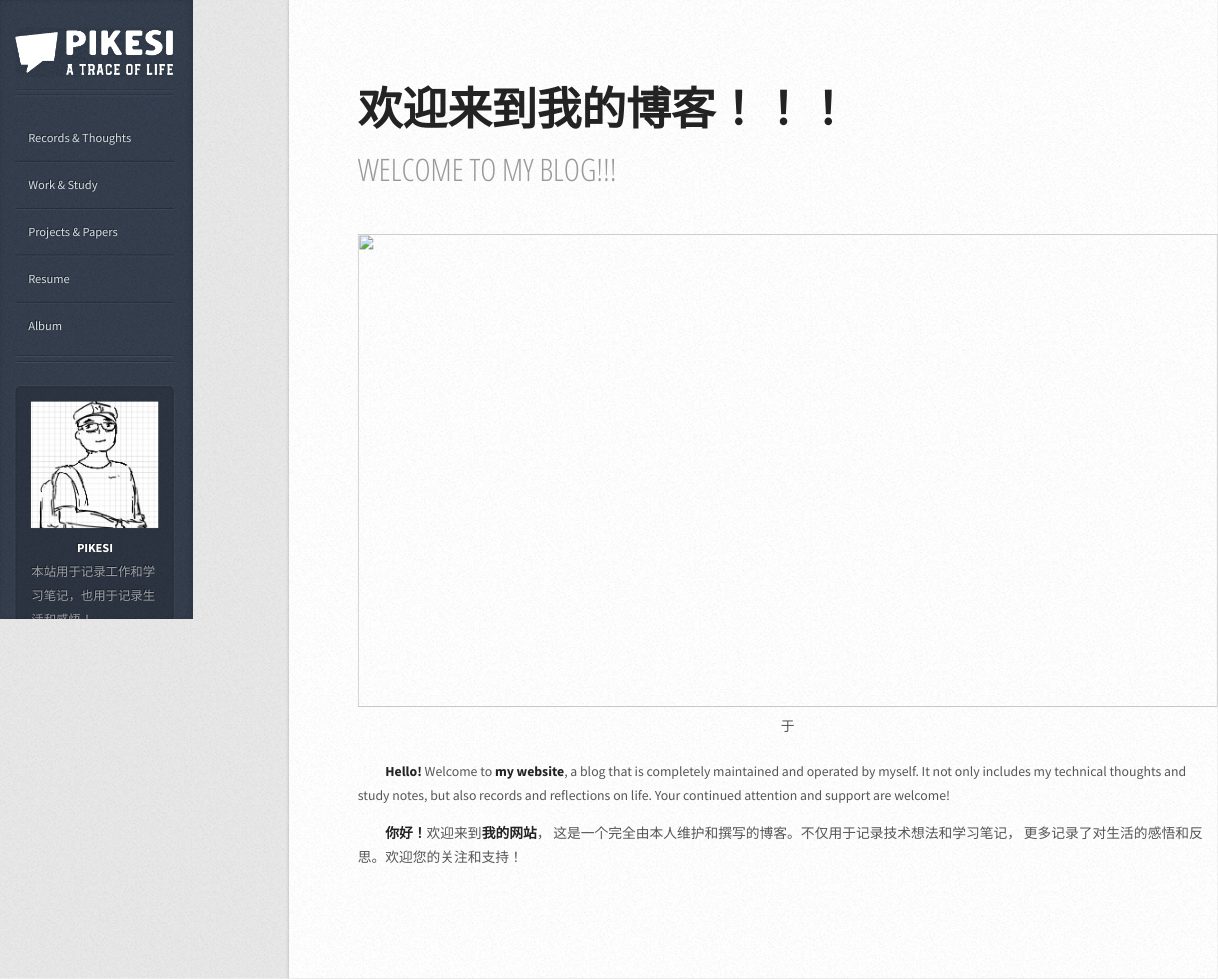
Repository: PiKesi522/PiKesi522.github.io
Page: index.html
An editor plug-in stored every save of this project. The page is shown before and after the next save, followed by the edit.
The browser window is 1280 px wide. The page is 1416 px wide, so the pictures cover 1416 px, including what lies to the right of the window. The pictures show the whole page, at 86% of full size.
The page's requests for data from a server got no answer.

Above is the page before, as saved 2023-04-12 17:51:34.

### index.html
<!DOCTYPE HTML>
<!--
	Striped by HTML5 UP
	html5up.net | @ajlkn
	Free for personal and commercial use under the CCA 3.0 license (html5up.net/license)
-->
<html>

<head>
	<title>PiKesi's Home on the Internet</title>
	<meta charset="utf-8" />
	<meta name="viewport" content="width=device-width, initial-scale=1, user-scalable=no" />
	<link rel="stylesheet" href="assets/css/main.css" />
	<script>
		const folderUrl = "./MainPage/";
		const xhr = new XMLHttpRequest();
		xhr.onreadystatechange = function () {
			if (this.readyState === 4 && this.status === 200) {
				const folderContent = xhr.responseText;
				const jpgFileRegex = /<a href="\/MainPage\/([^"]+\.jpg)"[^>]*>/g;
				const jpgFiles = [];
				let match;
				while (match = jpgFileRegex.exec(folderContent)) {
					jpgFiles.push(match[1]);
				}
				// console.log(jpgFiles);
				const randomIndex = Math.floor(Math.random() * jpgFiles.length);
				const selectedJpgFile = jpgFiles[randomIndex];
				const selectedJpgFilePath = folderUrl + decodeURIComponent(selectedJpgFile);
				// console.log("Selected JPG file name: ", decodeURIComponent(selectedJpgFile));
				// console.log("Selected JPG file path: ", selectedJpgFilePath);

				// Update the image element and date/location elements with the selected values
				const imgElement = document.querySelector(".random-display img");
				imgElement.src = selectedJpgFilePath;

				const photoInfo = decodeURIComponent(selectedJpgFile).split("-");
				const selectedYear = photoInfo[0]; // Replace with actual year
				const selectedLocation = photoInfo[1] + " " + photoInfo[2].split(".")[0]; // Replace with actual location
				const yearElement = document.querySelector(".random-display .year");
				yearElement.textContent = selectedYear;
				const locationElement = document.querySelector(".random-display .location");
				locationElement.textContent = selectedLocation;
			}
		};
		xhr.open("GET", folderUrl);
		xhr.send();
	</script>
</head>

<body class="is-preload">

	<!-- Content -->
	<div id="content">
		<div class="inner">

			<!-- 我的第一个博客 -->
			<article class="box post post-excerpt">
				<header>
					<h2>欢迎来到我的博客！！！</h2>
					<p>WELCOME TO MY BLOG!!!</p>
				</header>
				<!-- <div class="info">
					<span class="date">
						<span class="day">Top</span>
					</span>

				</div> -->
				<div class="random-display">
						<img width="1000px" height="550px" src="" alt="" />
					<div style="text-align: center; margin: 0 0 1.5em 0;">
						<span class="year"></span> 于 <strong><span class="location"></span></strong></div>
				</div>
				<div style=" text-indent:2em">
					<strong>Hello!</strong> Welcome to <strong> my website</strong>,
					a blog that is completely maintained and operated by myself.
					It not only includes my technical thoughts and study notes,
					but also records and reflections on life.
					Your continued attention and support are welcome!
					<br>
				</div>
				<div style=" text-indent:2em; margin-top: 1em;">
					<strong>你好！</strong>欢迎来到<strong>我的网站</strong>，
					这是一个完全由本人维护和撰写的博客。不仅用于记录技术想法和学习笔记，
					更多记录了对生活的感悟和反思。欢迎您的关注和支持！
					<br>
				</div>
			</article>
		</div>
	</div>

	<!-- Sidebar -->
	<div id="sidebar">
		<script>
			fetch('/sidebar.html')
				.then(response => response.text())
				.then(data => {
					document.getElementById('sidebar').innerHTML = data;
				});
		</script>
	</div>

	<!-- Scripts -->
	<script src="assets/js/jquery.min.js"></script>
	<script src="assets/js/browser.min.js"></script>
	<script src="assets/js/breakpoints.min.js"></script>
	<script src="assets/js/util.js"></script>
	<script src="assets/js/main.js"></script>

</body>

</html>

### sidebar.html
<!-- Logo -->
<h1 id="logo">
    <a href="/index.html">
        <img style="width: 100%;" src="/assets/images/head1.png" alt="Logo">
        <!-- <div style="margin: 0.5em 0 0 0;">
					PiKesi
				</div> -->
    </a>
</h1>

<!-- Nav -->
<nav id="nav">
    <ul>
        <li><a href="/life.html">Records & Thoughts</a></li>
        <li><a href="/note.html">Work & Study</a></li>
        <li><a href="/projects.html">Projects & Papers</a></li>
        <li><a href="/resume.html">Resume</a></li>
        <li><a href="/photos.html">Album</a></li>
        <!-- <li><a href="#">Contact Me</a></li> -->
    </ul>
</nav>

<!-- Text -->
<section class="box text-style1">
    <div class="inner">
        <img style="width: 100%; margin: 0;" src="/assets/images/icon1.jpg" alt="Logo">
        <div style="text-align: center;">
            <strong> PIKESI </strong>
            <br />
            <!-- <strong> 爱 coding，更爱生活</strong> -->
        </div>
        <p>
            本站用于记录工作和学习笔记，也用于记录生活和感悟！
        </p>
        <div style="display: flex; justify-content: space-between; align-items: center;">
            <a style="float: left; flex: 1;" href="https://github.com/PiKesi522/PiKesi522.github.io/issues">提供建议</a>
            <!-- <span style="border-left: 10px black solid;" ></span> -->
            <a style="float: right;" href="https://github.com/PiKesi522/PiKesi522.github.io/issues">反馈问题</a>
        </div>
    </div>
</section>

Loaded but not shown: assets/js/jquery.min.js (library); assets/js/browser.min.js (common file); assets/js/breakpoints.min.js (common file); assets/css/fontawesome-all.min.css (library); assets/js/util.js (587 lines, source omitted); assets/css/main.css (3019 lines, source omitted); public/assets/js/main.js (no copy from this time; the picture is the same without it)

After the next save:
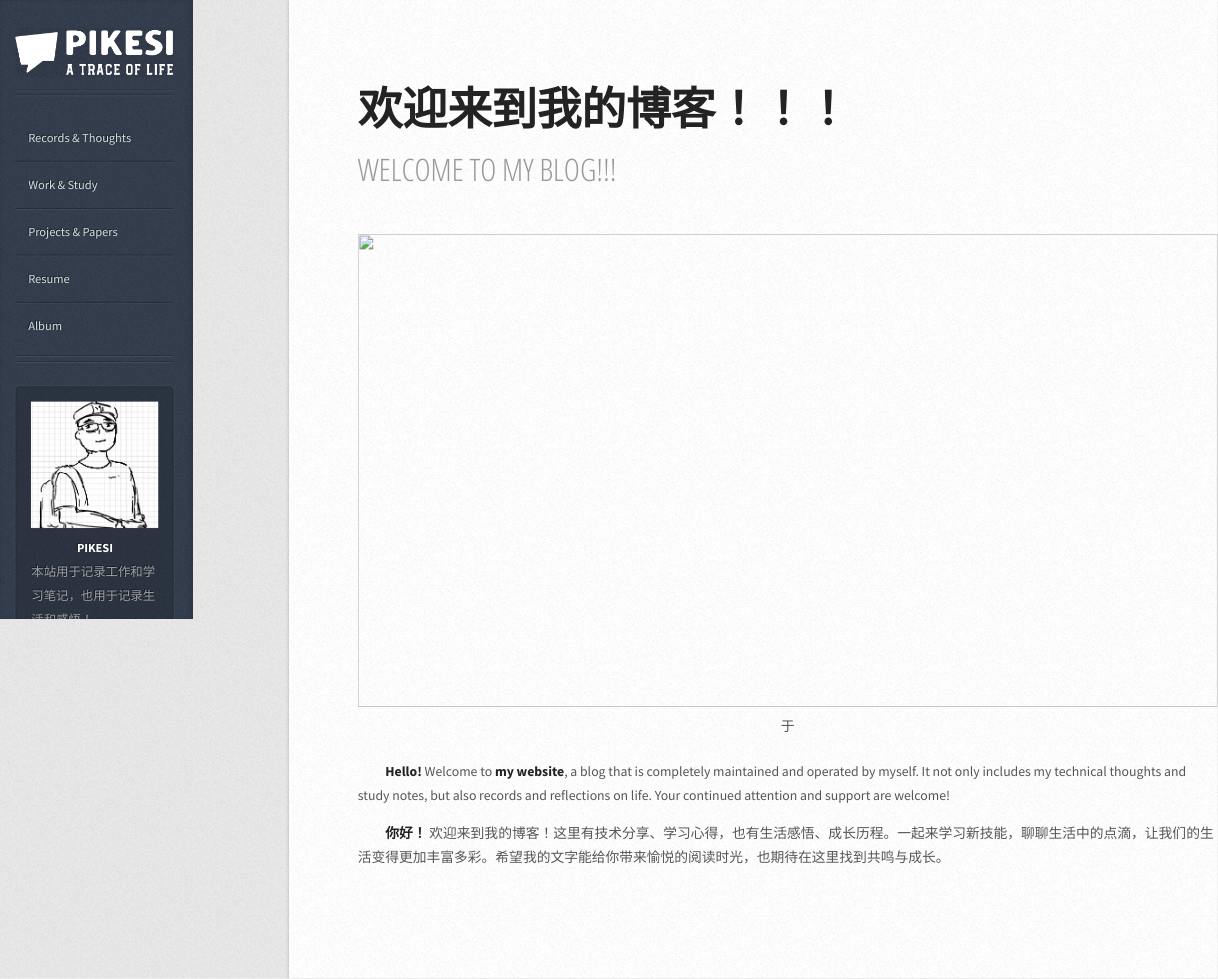
Saved 99 min 27 s later.
--- a/index.html
+++ b/index.html
@@ -80,9 +80,8 @@
 					<br>
 				</div>
 				<div style=" text-indent:2em; margin-top: 1em;">
-					<strong>你好！</strong>欢迎来到<strong>我的网站</strong>，
-					这是一个完全由本人维护和撰写的博客。不仅用于记录技术想法和学习笔记，
-					更多记录了对生活的感悟和反思。欢迎您的关注和支持！
+					<strong>你好！</strong>
+					欢迎来到我的博客！这里有技术分享、学习心得，也有生活感悟、成长历程。一起来学习新技能，聊聊生活中的点滴，让我们的生活变得更加丰富多彩。希望我的文字能给你带来愉悦的阅读时光，也期待在这里找到共鸣与成长。
 					<br>
 				</div>
 			</article>

After the save that followed:
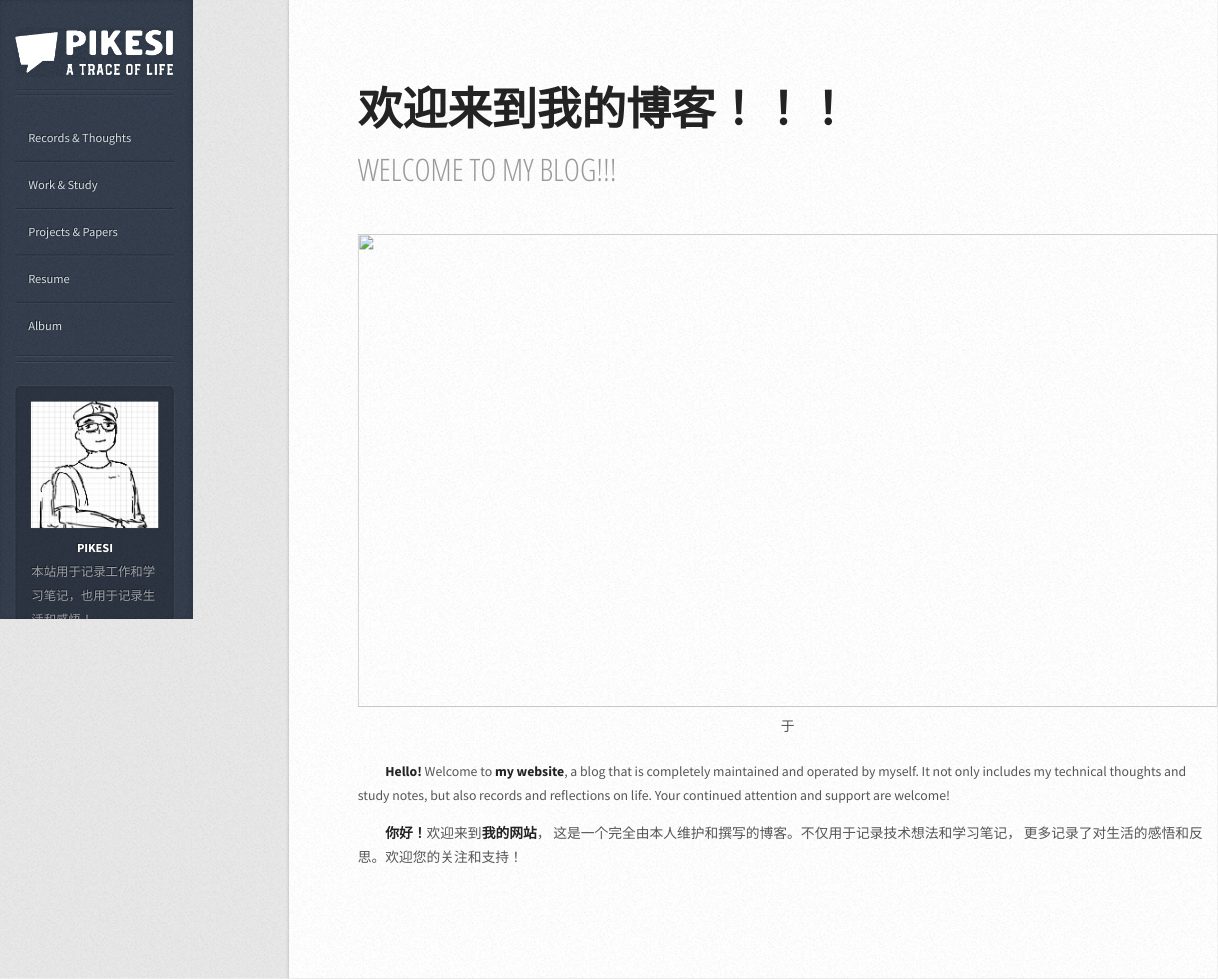
Saved 99 s later.
--- a/index.html
+++ b/index.html
@@ -80,8 +80,9 @@
 					<br>
 				</div>
 				<div style=" text-indent:2em; margin-top: 1em;">
-					<strong>你好！</strong>
-					欢迎来到我的博客！这里有技术分享、学习心得，也有生活感悟、成长历程。一起来学习新技能，聊聊生活中的点滴，让我们的生活变得更加丰富多彩。希望我的文字能给你带来愉悦的阅读时光，也期待在这里找到共鸣与成长。
+					<strong>你好！</strong>欢迎来到<strong>我的网站</strong>，
+					这是一个完全由本人维护和撰写的博客。不仅用于记录技术想法和学习笔记，
+					更多记录了对生活的感悟和反思。欢迎您的关注和支持！
 					<br>
 				</div>
 			</article>
